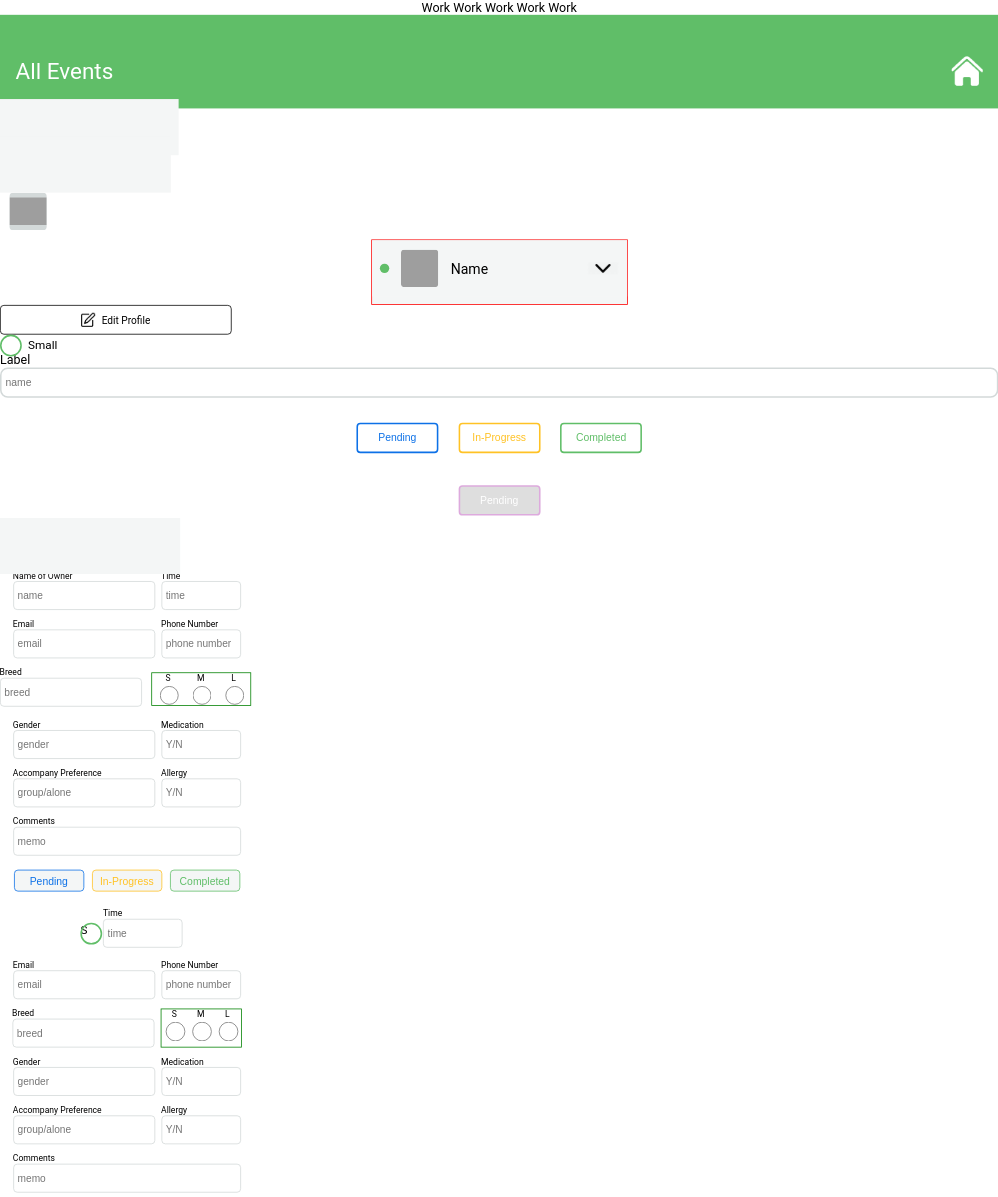
Repository: tanishap11/MDIA3109-Midterm
Page: / (app in midterm/)
An editor plug-in stored every save of this project. The page is shown before and after the next save, followed by the edit.
The browser window is 1280 px wide. The pictures show the whole page, at 78% of full size.
Pictures or frames that could not be fetched are drawn as grey boxes. The project was rebuilt for these pictures with package versions that can differ from the ones it lists, and the page was loaded fresh each time. Also part of the build but not shown: midterm/src/comps/Avatar/index.js, midterm/src/comps/Dot/index.js.

Above is the page before, as saved 2021-02-04 19:29:18.

After the next save:
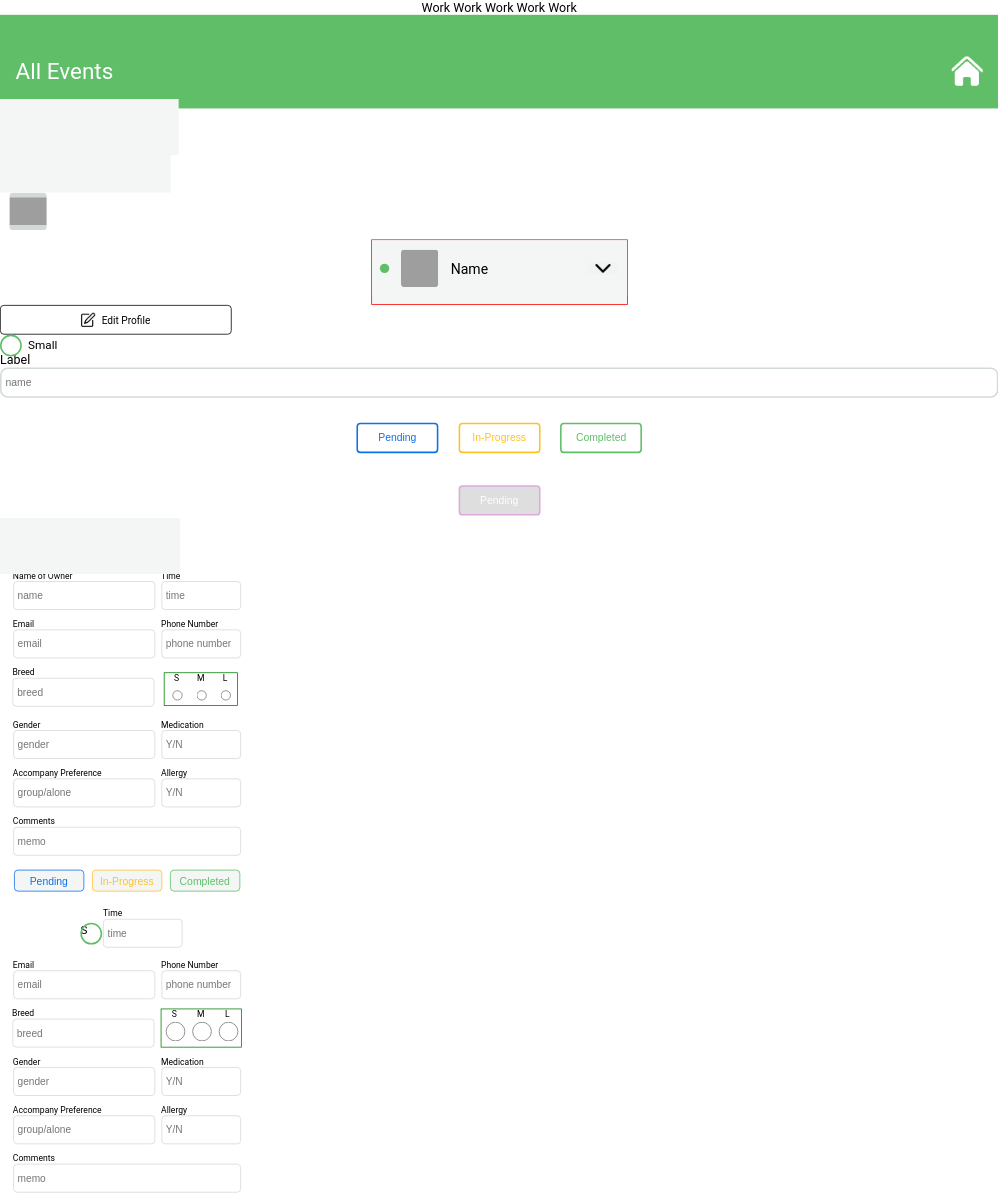
Saved 6 s later.
--- a/midterm/src/comps/inputBox/index.js
+++ b/midterm/src/comps/inputBox/index.js
@@ -52,7 +52,7 @@ const InputForm = styled.input`
 `;
 
 const InputRadioForm = styled.input`
-    min-width: ${props=>props.width ? props.width : "24px"};
+    min-width: ${props=>props.width ? props.width : "12px"};
     min-height: ${props=>props.height ? props.height: "28px"};
     max-width: ${props=>props.width ? props.width : "280px"};
     overflow:hidden;
